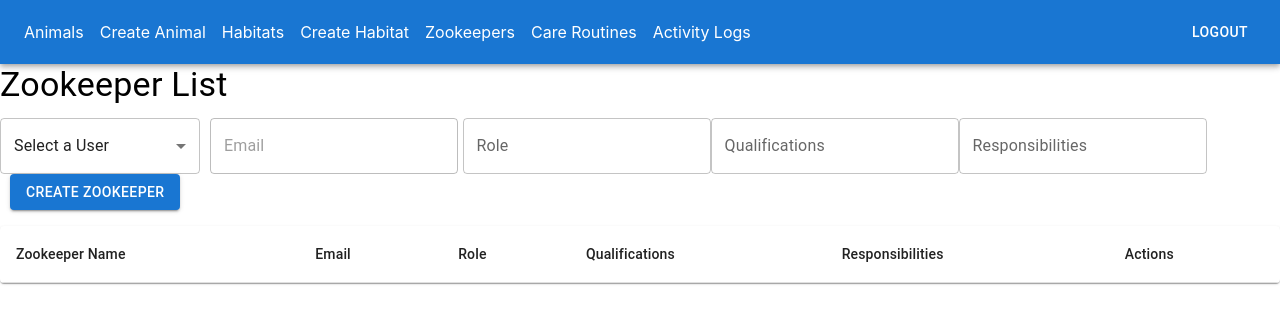
Repository: maomao7788/Digital-Zoo-Management1
Page: /zookeepers (app in frontend/)
The author's editor kept a copy of each file at every save. The page is drawn from the files as they stood at one save, then again after the next save.
The browser window is 1280 px wide. The pictures show the whole page.
The page's requests for data from a server got no answer. The project was rebuilt for these pictures with package versions that can differ from the ones it lists, and the page was loaded fresh each time. No one was signed in, and anything a server would have sent is missing. Also part of the build but not shown: frontend/src/pages/AnimalList.tsx, frontend/src/pages/CreateAnimal.tsx, frontend/src/pages/Login.tsx, frontend/src/components/PrivateRoute.tsx, frontend/src/pages/EditAnimal.tsx, frontend/src/pages/HabitatList.tsx, frontend/src/pages/CreateHabitat.tsx, frontend/src/pages/EditHabitat.tsx and 2 more.

Above is the page before, as saved 2025-03-04 20:52:00.

### frontend/src/index.tsx
  import React from 'react';
  import ReactDOM from 'react-dom/client';
  import './index.css';
  import App from './App';
  import reportWebVitals from './reportWebVitals';

  const root = ReactDOM.createRoot(
    document.getElementById('root') as HTMLElement
  );
  root.render(
    <React.StrictMode>
      <App />
    </React.StrictMode>
  );

  // If you want to start measuring performance in your app, pass a function
  // to log results (for example: reportWebVitals(console.log))
  // or send to an analytics endpoint. Learn more: https://bit.ly/CRA-vitals
  reportWebVitals();

### frontend/src/App.tsx
import { BrowserRouter as Router, Route, Routes, useNavigate } from 'react-router-dom';
import AnimalList from './pages/AnimalList';
import CreateAnimal from './pages/CreateAnimal';
import Login from './pages/Login';
import PrivateRoute from './components/PrivateRoute';
import { AppBar, Toolbar, Link, Button, Box } from '@mui/material';
import { logout } from './services/authApi';
import EditAnimal from './pages/EditAnimal';
import HabitatList from './pages/HabitatList';
import CreateHabitat from './pages/CreateHabitat';
import EditHabitat from './pages/EditHabitat';
import ZookeeperPage from './pages/ZookeeperPage';
import CareRoutinePage from './pages/CareRoutinePage';
import ActivityLogPage from './pages/ActivityLogPage';
import { Link as RouterLink } from 'react-router-dom';


function App() {
  const handleLogout = () => {
    logout();
    window.location.href = '/login';
  };

  return (
    <Router>
      <AppBar position="static">
        <Toolbar>
          <Link href="/" color="inherit" underline="none" sx={{ mr: 2 }}>Animals</Link>
          <Link href="/create" color="inherit" underline="none" sx={{ mr: 2 }}>Create Animal</Link>
          <Link href="/habitats" color="inherit" underline="none" sx={{ mr: 2 }}>Habitats</Link>
          <Link href="/create-habitat" color="inherit" underline="none" sx={{ mr: 2 }}>Create Habitat</Link>
          <Link component={RouterLink} to="/zookeepers" color="inherit" underline="none" sx={{ mr: 2 }}>
  Zookeepers
</Link>
<Link component={RouterLink} to="/care_routines" color="inherit" underline="none" sx={{ mr: 2 }}>
  Care Routines
</Link>
<Link component={RouterLink} to="/activity_logs" color="inherit" underline="none" sx={{ mr: 2 }}>
  Activity Logs
</Link>

          <Box sx={{ flexGrow: 1 }}></Box>
          <Button color="inherit" onClick={handleLogout}>Logout</Button>
        </Toolbar>
      </AppBar>

      <Routes>
        <Route path="/login" element={<Login />} />
        <Route path="/" element={<PrivateRoute><AnimalList /></PrivateRoute>} />
        <Route path="/create" element={<PrivateRoute><CreateAnimal /></PrivateRoute>} />
        <Route path="/edit/:id" element={<EditAnimal />} />
        <Route path="/habitats" element={<PrivateRoute><HabitatList /></PrivateRoute>} />
        <Route path="/create-habitat" element={<PrivateRoute><CreateHabitat /></PrivateRoute>} />
        <Route path="/edit-habitat/:id" element={<PrivateRoute><EditHabitat /></PrivateRoute>} />
        <Route path="/zookeepers" element={<ZookeeperPage />} />
        <Route path="/care_routines" element={<CareRoutinePage />} />
        <Route path="/activity_logs" element={<ActivityLogPage />} />


      </Routes>
    </Router>
  );
}

export default App;

### frontend/src/services/authApi.ts
import axios from 'axios';

const api = axios.create({
  baseURL: 'http://localhost:8000/zoo/api/',
});

export const login = (username: string, password: string) => {
  return api.post('token/', { username, password });
};

export const register = (username: string, email: string, password: string) => {
  return api.post('register/', { username, email, password });
};

export const logout = () => {
  localStorage.removeItem('access_token');
  localStorage.removeItem('refresh_token');
};

### frontend/src/pages/ZookeeperPage.tsx
import React, { useEffect, useState } from 'react';
import { useNavigate } from 'react-router-dom';
import { getZookeepers, createZookeeper, deleteZookeeper} from '../services/api';
import axios from 'axios';
import {
  Table,
  TableBody,
  TableCell,
  TableContainer,
  TableHead,
  TableRow,
  Paper,
  Typography,
  Button,
  TextField,
  Select,
  MenuItem,
  SelectChangeEvent
} from '@mui/material';

interface User {
  id: number;
  username: string;
  email: string;
}

interface Zookeeper {
  id?: number;
  user: User;
  role: string;
  qualifications: string;
  responsibilities: string;
  email: string;
}

const ZookeeperPage: React.FC = () => {
  const [zookeepers, setZookeepers] = useState<Zookeeper[]>([]);
  const [users, setUsers] = useState<User[]>([]);
  const [newZookeeper, setNewZookeeper] = useState<Zookeeper>({
    user: { id: 0, username: '', email: '' },
    role: '',
    qualifications: '',
    responsibilities: '',
    email: '',
  });
  const navigate = useNavigate();

  useEffect(() => {
    loadZookeepers();
    loadUsers();
  }, []);

  // 加载 Zookeeper
  const loadZookeepers = async () => {
    try {
      const response = await getZookeepers();
      setZookeepers(response.data);
    } catch (error) {
      console.error('Error fetching zookeepers:', error);
    }
  };

  // 获取用户列表
  const loadUsers = async () => {
    try {
      const response = await axios.get('http://localhost:8000/zoo/api/users/');
      setUsers(response.data);
    } catch (error) {
      console.error('Error fetching users:', error);
    }
  };


  const handleUserChange = (e: SelectChangeEvent<number>) => {
    const selectedUserId = Number(e.target.value);
    const selectedUser = users.find((user) => user.id === selectedUserId);
    if (selectedUser) {
      setNewZookeeper((prev) => ({
        ...prev,
        user: selectedUser, // ✅ 直接填充 User
        email: selectedUser.email, // ✅ 自动填充 email
      }));
    }
  };

  // 处理创建 Zookeeper
  const handleCreateZookeeper = async () => {
    try {
      if (!newZookeeper.user || typeof newZookeeper.user.id !== "number" || newZookeeper.user.id <= 0) {
        alert("Please select a valid user!");
        return;
      }
      await createZookeeper({
        user: newZookeeper.user.id,
        role: newZookeeper.role,
        qualifications: newZookeeper.qualifications,
        responsibilities: newZookeeper.responsibilities,
        email: newZookeeper.email, // ✅ 直接使用 User 的 email
      });
      loadZookeepers();
    } catch (error) {
      console.error('Error creating zookeeper:', error);
    }
  };

  return (
    <div>
      <Typography variant="h4" gutterBottom>
        Zookeeper List
      </Typography>
      <div>
        {/* 选择 User 自动填充 Email */}
        <Select
  value={newZookeeper.user.id || ""}
  onChange={handleUserChange}
  displayEmpty
  style={{ marginRight: 10, minWidth: 200 }}
>
  <MenuItem value="">Select a User</MenuItem>
  {users.map((user) => (
    <MenuItem key={user.id} value={user.id}>{user.username}</MenuItem>
  ))}
</Select>


        <TextField label="Email" value={newZookeeper.email} disabled /> {/* ✅ 只读 Email */}
        <TextField label="Role" value={newZookeeper.role} onChange={(e) => setNewZookeeper({ ...newZookeeper, role: e.target.value })} />
        <TextField label="Qualifications" value={newZookeeper.qualifications} onChange={(e) => setNewZookeeper({ ...newZookeeper, qualifications: e.target.value })} />
        <TextField label="Responsibilities" value={newZookeeper.responsibilities} onChange={(e) => setNewZookeeper({ ...newZookeeper, responsibilities: e.target.value })} />
        <Button variant="contained" color="primary" onClick={handleCreateZookeeper} style={{ marginLeft: 10 }}>
          Create Zookeeper
        </Button>
      </div>

      <TableContainer component={Paper} sx={{ marginTop: 2 }}>
        <Table>
          <TableHead>
            <TableRow>
              <TableCell>Zookeeper Name</TableCell> {/* ✅ 修改 Username 为 Zookeeper Name */}
              <TableCell>Email</TableCell>
              <TableCell>Role</TableCell>
              <TableCell>Qualifications</TableCell>
              <TableCell>Responsibilities</TableCell>
              <TableCell>Actions</TableCell>
            </TableRow>
          </TableHead>
          <TableBody>
            {zookeepers.map(zookeeper => (
              <TableRow key={zookeeper.id}>
                <TableCell>{zookeeper.user.username}</TableCell> {/* ✅ 使用 User.username 作为 Zookeeper Name */}
                <TableCell>{zookeeper.user.email}</TableCell>
                <TableCell>{zookeeper.role}</TableCell>
                <TableCell>{zookeeper.qualifications}</TableCell>
                <TableCell>{zookeeper.responsibilities}</TableCell>
                <TableCell>
                  <Button variant="contained" color="secondary" onClick={() => navigate(`/edit-zookeeper/${zookeeper.id}`)}>Edit</Button>
                  <Button variant="contained" color="error" onClick={() => deleteZookeeper(zookeeper.id!)}>Delete</Button>
                </TableCell>
              </TableRow>
            ))}
          </TableBody>
        </Table>
      </TableContainer>
    </div>
  );
};

export default ZookeeperPage;

### frontend/src/services/api.ts
import axios from 'axios';

const api = axios.create({
  baseURL: 'http://localhost:8000/zoo/api/',
});
api.interceptors.request.use(
  (config) => {
    const token = localStorage.getItem('token');
    if (token) {
      config.headers.Authorization = `Bearer ${token}`;
    }
    return config;
  },
  (error) => Promise.reject(error)
);


api.interceptors.response.use(
  (response) => response,
  (error) => {
    if (error.response && error.response.status === 401) {
      localStorage.removeItem('token');
      window.location.href = '/login';
    }
    return Promise.reject(error);
  }
);
export const getAnimals = () => api.get('animals/');
export const getAnimalById = (id: number) => api.get(`animals/${id}/`);
export const createAnimal = (data: object) => api.post('animals/', data);
export const updateAnimal = (id: number, data: object) => api.put(`animals/${id}/`, data);
export const deleteAnimal = (id: number) => api.delete(`animals/${id}/`);
export const getHabitats = () => api.get('habitats/');
export const createHabitat = (data: any) => api.post('habitats/', data);
export const updateHabitat = (id: number, data: any) => api.put(`habitats/${id}/`, data);
export const deleteHabitat = (id: number) => api.delete(`habitats/${id}/`);

export const getZookeepers = () => api.get('zookeepers/');
export const getZookeeperById = (id: number) => api.get(`zookeepers/${id}/`);
export const createZookeeper = (data: { user: number, role: string, qualifications: string, responsibilities: string, email: string }) =>
  api.post('zookeepers/', data);
export const updateZookeeper = (id: number, data: object) => api.put(`zookeepers/${id}/`, data);
export const deleteZookeeper = (id: number) => api.delete(`zookeepers/${id}/`);

export const getCareRoutines = async () => api.get('care-routines/');
export const createCareRoutine = async (data: object) => api.post('care-routines/', data);
export const deleteCareRoutine = async (id: number) => api.delete(`care-routines/${id}/`);

export const getTasks = async () => api.get('tasks/');
export const getTaskById = async (id: number) => api.get(`tasks/${id}/`);
export const createTask = async (data: object) => api.post('tasks/', data);
export const updateTaskStatus = async (id: number, status: string) =>api.put(`tasks/${id}/`, { status });
export const deleteTask = async (id: number) => api.delete(`tasks/${id}/`);

export const getActivityLogs = async () => api.get('activity-logs/');
export default api;

Loaded but not shown: frontend/public/index.html (common file); frontend/src/index.css (common file); frontend/src/reportWebVitals.ts (common file)

After the next save:
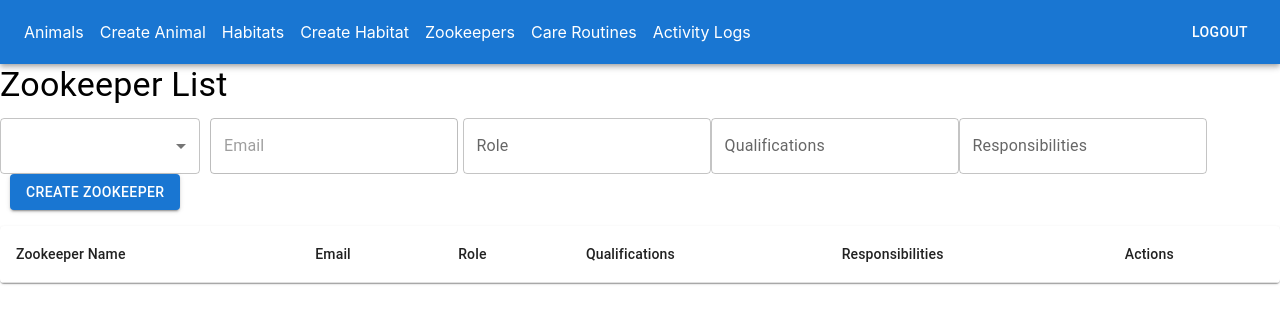
Saved 70 s later.
--- a/frontend/src/pages/ZookeeperPage.tsx
+++ b/frontend/src/pages/ZookeeperPage.tsx
@@ -71,8 +71,8 @@ const ZookeeperPage: React.FC = () => {
   };
 
 
-  const handleUserChange = (e: SelectChangeEvent<number>) => {
-    const selectedUserId = Number(e.target.value);
+  const handleUserChange = (e: SelectChangeEvent) => {
+    const selectedUserId = e.target.value === "" ? 0 : Number(e.target.value);
     const selectedUser = users.find((user) => user.id === selectedUserId);
     if (selectedUser) {
       setNewZookeeper((prev) => ({
@@ -111,8 +111,8 @@ const ZookeeperPage: React.FC = () => {
       <div>
         {/* 选择 User 自动填充 Email */}
         <Select
-  value={newZookeeper.user.id || ""}
-  onChange={handleUserChange}
+  value={newZookeeper.user.id.toString()}
+  onChange={handleUserChange} // ✅ 使用正确的类型
   displayEmpty
   style={{ marginRight: 10, minWidth: 200 }}
 >
@@ -121,7 +121,6 @@ const ZookeeperPage: React.FC = () => {
     <MenuItem key={user.id} value={user.id}>{user.username}</MenuItem>
   ))}
 </Select>
-
 
         <TextField label="Email" value={newZookeeper.email} disabled /> {/* ✅ 只读 Email */}
         <TextField label="Role" value={newZookeeper.role} onChange={(e) => setNewZookeeper({ ...newZookeeper, role: e.target.value })} />
